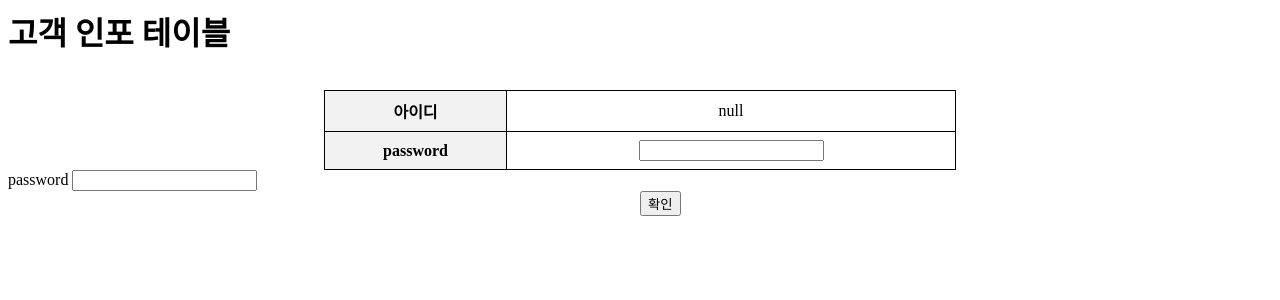
Repository: 2JISUN/hta-lecture-basic
Page: http://localhost/jsp03/info.jsp
An editor plug-in stored every save of this project. The page is shown before and after the next save, followed by the edit.
The browser window is 1280 px wide. The pictures show the whole page.
The page is served by Tomcat 10. Queries for data that is not in the repository find no rows.

Above is the page before, as saved 2023-09-15 07:14:27.

After the next save:
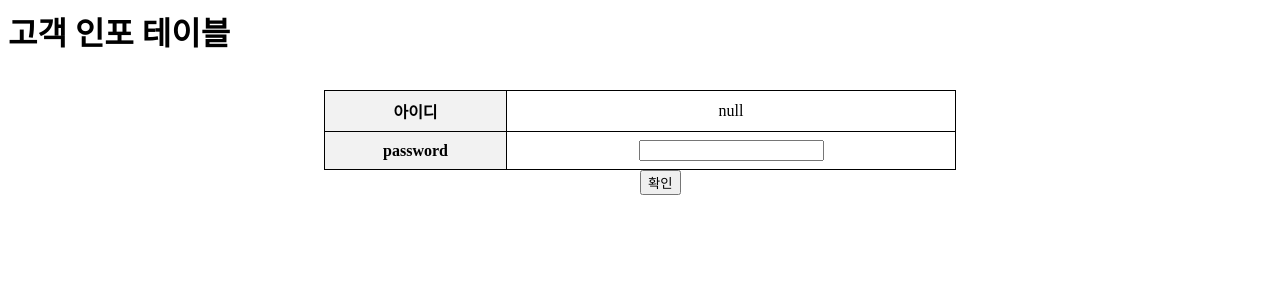
Saved 72 s later.
--- a/jsp-lecture/jsp03/src/main/webapp/info.jsp
+++ b/jsp-lecture/jsp03/src/main/webapp/info.jsp
@@ -76,16 +76,6 @@
 	        </tr>
 	    </tbody>
 	</table>
-	<form action="password-check.jsp" method="post">
-    <input type="hidden" name="userID" value="<%= userID %>" readonly>
-    <div>
-        <label>
-            <span>password</span>
-            <input type="password" name="userPW">
-        </label>
-    </div>
     <button type="submit">확인</button>
-	</form>
-
 	</body>
 </html>
